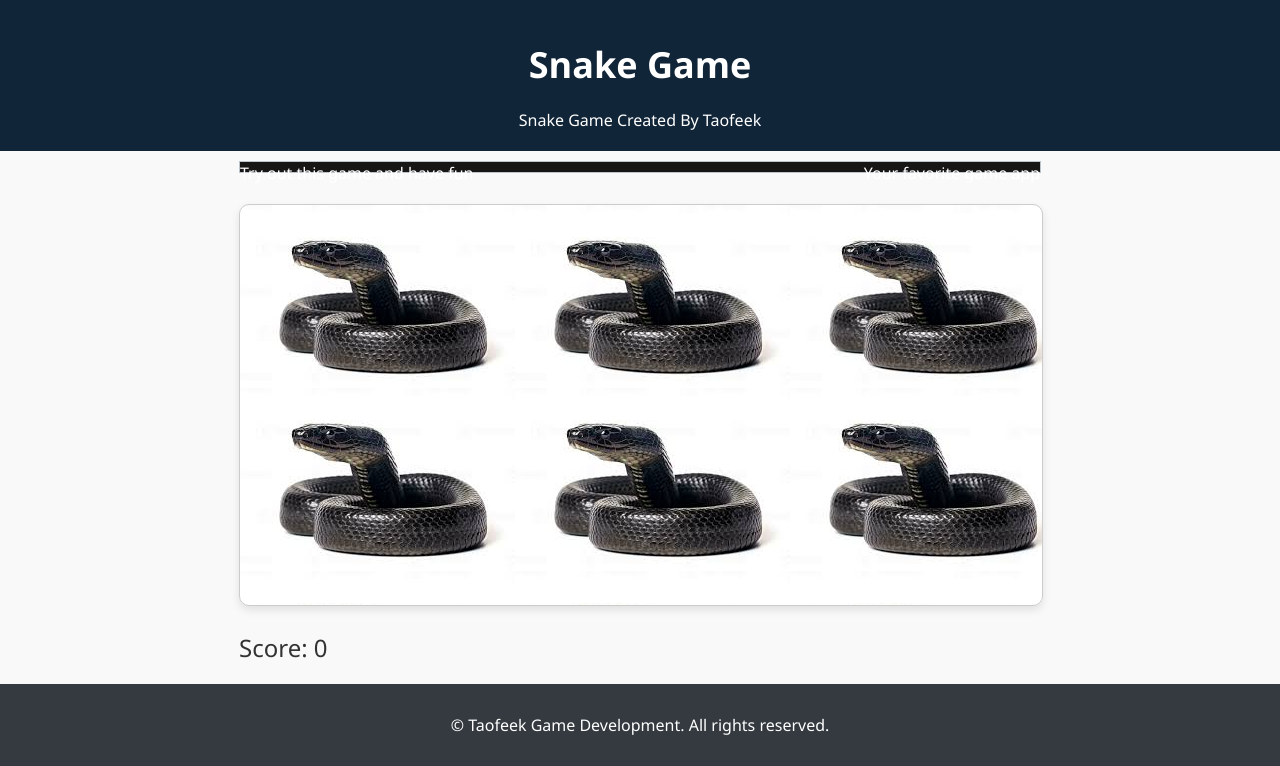
Repository: Taofeekolusola/Landing-page
Page: index.html
The author's editor kept a copy of each file at every save. The page is drawn from the files as they stood at one save, then again after the next save.
The browser window is 1280 px wide. The pictures show the whole page.

Above is the page before, as saved 2024-05-06 18:54:43.
Not found: script.js

### index.html
<!DOCTYPE html>
<html lang="en">
<head>
    <meta charset="UTF-8">
    <meta name="viewport" content="width=device-width, initial-scale=1.0">
    <title>Snake Game</title>
    <link rel="stylesheet" href="styles.css">
</head>
<body>
    <header>
        <div class="container">
            <h1>Snake Game</h1>
        </div>
        <div class="name">Snake Game Created By Taofeek</div>
    </header>
    <main>
        <div>
            <div class="text">Try out this game and have fun<span class="left">Your favorite game app</span></span></div>
            <canvas class="snake"></canvas>
            <div id="score">Score: 0</div>
        </div>
    </main>
    <footer>
        <div class="container">
            <p>&copy; Taofeek Game Development. All rights reserved.</p>
        </div>
    </footer>
    <script src="script.js"></script>
</body>
</html>

### styles.css
body {
    font-family: 'Segoe UI', Tahoma, Geneva, Verdana, sans-serif;
    margin: 0;
    padding: 0;
    display: flex;
    flex-direction: column;
    min-height: 100vh;
    background-color: #f9f9f9;
}

.container {
    width: 80%;
    max-width: 800px;
    margin: 0 auto;
    padding: 20px;
}

header {
    background-color: #112538;
    color: #fff;
    text-align: center;
    padding: 20px 0;
}

header h1 {
    font-size: 36px;
    margin: 0;
}

.snake {
    height: 400px;
    width: 100%;
    margin-top: 20px;
    background-image: url('image.jpg');
}

.text {
    margin: 10px 0px;
    border: 1px solid #bcc4cc;
    background-color: #181515;
    color: #FFFFFF;
    height: 10px;
}

.left {
    float: right;
}

main {
    flex-grow: 1;
    display: flex;
    justify-content: center;
    align-items: center;
}

canvas {
    border: 1px solid #ccc;
    border-radius: 10px;
    box-shadow: 0 4px 8px rgba(0, 0, 0, 0.1);
}

#score {
    margin-top: 20px;
    font-size: 24px;
    color: #333;
}

footer {
    background-color: #343a40;
    color: #fff;
    text-align: center;
    padding: 10px 0;
    margin-top: 20px;
}

footer p {
    margin: 0;
}

After the next save:
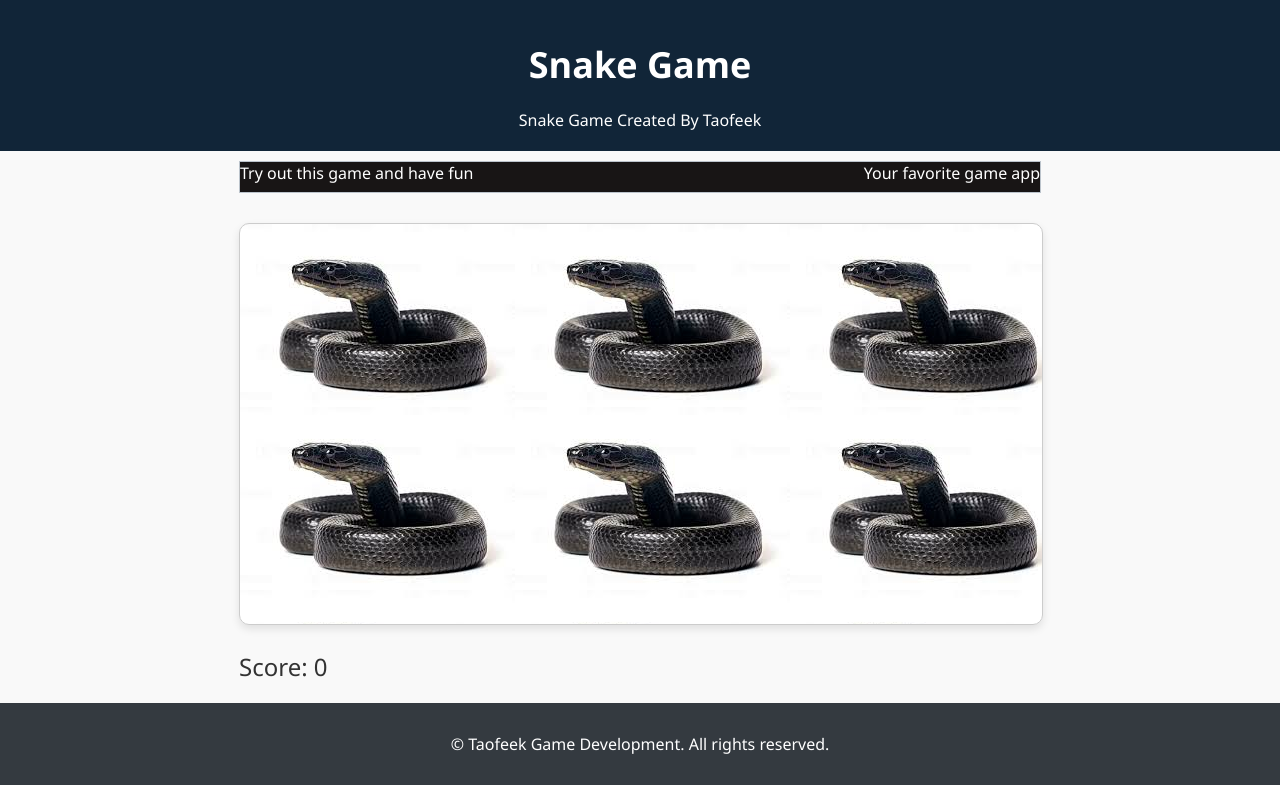
Saved 15 s later.
--- a/styles.css
+++ b/styles.css
@@ -39,7 +39,7 @@ header h1 {
     border: 1px solid #bcc4cc;
     background-color: #181515;
     color: #FFFFFF;
-    height: 10px;
+    height: 30px;
 }
 
 .left {
